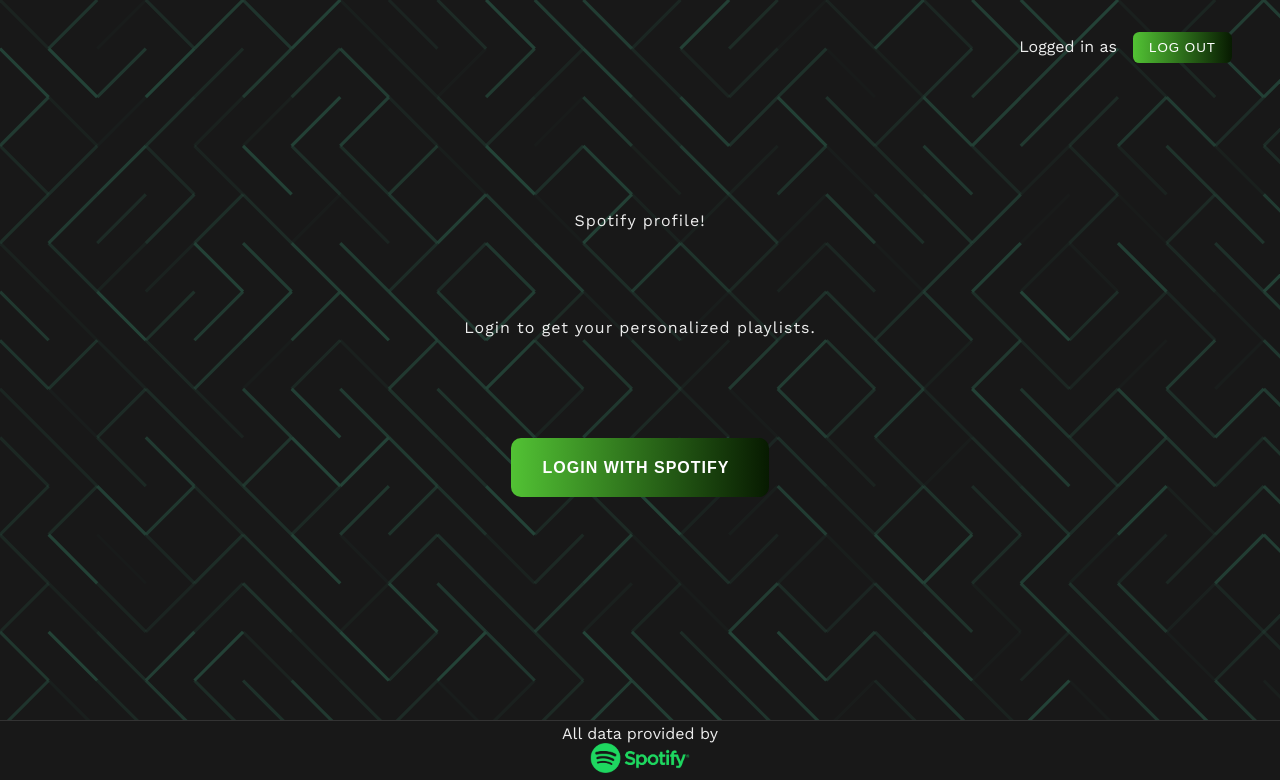
Repository: kirpister/Spotify-profile
Page: /
An editor plug-in stored every save of this project. The page is shown before and after the next save, followed by the edit.
The browser window is 1280 px wide. The pictures show the whole page.
The project was rebuilt for these pictures with package versions that can differ from the ones it lists, and the page was loaded fresh each time.

Above is the page before, as saved 2023-03-08 10:56:31.

### public/index.html
<!DOCTYPE html>
<html lang="en">
  <head>
    <meta charset="utf-8" />
    <link rel="icon" href="%PUBLIC_URL%/favicon.ico" />
    <meta name="viewport" content="width=device-width, initial-scale=1" />
    <meta name="theme-color" content="#000000" />
    <meta
      name="description"
      content="Web site created using create-react-app"
    />

    <title>Own Spotify App</title>
  </head>
  <body>
    <noscript>You need to enable JavaScript to run this app.</noscript>
    <div id="root"></div>
  </body>
</html>

### src/index.tsx
import ReactDOM from "react-dom/client";
import "./index.css";
import App from "./App";
const root = ReactDOM.createRoot(
  document.getElementById("root") as HTMLElement
);
root.render(<App />);

### src/index.css
@import url("https://fonts.googleapis.com/css2?family=Work+Sans&display=swap");

* {
  margin: 0;
  padding: 0;
  overscroll-behavior: none;
  box-sizing: border-box;
}

body {
  background: #181818;
  color: rgb(237, 237, 237);
  font-family: "Work Sans", sans-serif;
}

h2 {
  letter-spacing: 2px;
  font-size: 3rem;
  background: linear-gradient(to right, #11998e, #38ef7d);
  -webkit-background-clip: text;
  -webkit-text-fill-color: transparent;
  background-clip: text;
  color: transparent;
}

h3 {
  font-size: 1.5rem;
  margin-bottom: 3rem;
  margin-left: 1rem;
  letter-spacing: 2px;
}

h4 {
  text-align: center;
}

p {
  display: inline-block;
}

li p {
  font-size: 1.2rem;
}

li {
  list-style: decimal;
  font-size: 1.3rem;
}

a {
  color: #fff;
}

.heading {
  backdrop-filter: blur(10px);
  padding: 1rem;
}

footer {
  border-top: 1px solid #333;
  padding: 0.2rem;
  text-align: center;
}

footer img {
  width: 100px;
  height: auto;
}

/* BUTTONS */

button p {
  font-weight: bold;
  font-family: Arial, Helvetica, sans-serif;
  margin-right: 0.5rem;
  font-size: 1rem;
}

button {
  background-image: linear-gradient(
    to right,
    #52c234 0%,
    #061700 51%,
    #52c234 100%
  );
  margin: 1rem;
  padding: 1rem 2rem;
  text-transform: uppercase;
  transition: 0.5s;
  background-size: 200% auto;
  color: white;
  border-radius: 10px;
  border: none;
  font-family: "Rubik", sans-serif;
  letter-spacing: 1px;
}

button:hover {
  background-position: right center; /* change the direction of the change here */
  color: #fff;
  text-decoration: none;
}

.log-out {
  position: absolute;
  right: 2rem;
  top: 1rem;
}

.log-out button {
  border-radius: 0.4rem;
  padding: 0.5rem 1rem 0.5rem 1rem;
  border: none;
  background-color: transparent;
  letter-spacing: 1px;
  color: white;
}

### src/App.tsx
import Footer from "./Footer";
import Spotify from "./Spotify";

const App = () => {

  return (
    <div className="App">
      <Spotify />
      <Footer />
    </div>
  );
};

export default App;

### src/Footer.tsx
import React from 'react';
import SpotifyLogo from './assets/Spotify_Logo.png';

const Footer: React.FC = () => {
    return (
        <footer>
           <p>All data provided by</p>
           <a href="https://www.spotify.com/fi/signup" target="_blank" rel="noreferrer"><div className='logo-box'><img src={SpotifyLogo} alt="SpotifyLogo" /></div></a>
        </footer>
    );
};

export default Footer;

### src/Spotify.tsx
import React, { useState, useEffect } from "react";
import queryString from "query-string";
import axios from "axios";

import "./App.css";

const scopes = [
  "user-read-playback-state",
  "user-library-read",
  "user-top-read",
];

interface User {
  id: string;
  display_name: string;
  email: string;
  images: { url: string }[];
}

interface Artist {
  id: string;
  name: string;
  images: { url: string }[];
}

interface Track {
  id: string;
  name: string;
  album: { images: { url: string }[] };
  artists: { name: string }[];
}

interface CurrentTrack {
  item: {
    name: string;
    artists: { name: string }[];
  };
}

const Spotify: React.FC = () => {
  const [token, setToken] = useState<string>("");
  const [userData, setUserData] = useState<User>();
  const [currentTrack, setCurrentTrack] = useState<CurrentTrack | null>(null);
  const [artists, setArtists] = useState<Artist[]>([]);
  const [tracks, setTracks] = useState<Track[]>([]);

  // AUTH

  const handleLogin = () => {
    const redirectToSpotify = `https://accounts.spotify.com/authorize?client_id=${
      process.env.REACT_APP_CLIENT_ID
    }&redirect_uri=${process.env.REACT_APP_REDIRECT_URI}&scope=${scopes.join(
      "%20"
    )}&response_type=token`;
    window.location.href = redirectToSpotify;
  };

  useEffect(() => {
    const token = queryString.parse(window.location.hash).access_token;
    if (token) {
      setToken(token as string);
    }
    window.location.hash = "";
  }, []);

  // API CALLS

  useEffect(() => {
    if (!token) return;

    const getUserData = async () => {
      const response = await axios.get<User>("https://api.spotify.com/v1/me", {
        headers: { Authorization: `Bearer ${token}` },
      });
      setUserData(response.data);
    };

    const getCurrentTrack = async () => {
      const response = await axios.get<CurrentTrack>(
        "https://api.spotify.com/v1/me/player/currently-playing",
        {
          headers: {
            Authorization: `Bearer ${token}`,
          },
        }
      );
      setCurrentTrack(response.data);
    };

    const getTopTracks = async () => {
      const response = await axios.get<{ items: Track[] }>(
        "https://api.spotify.com/v1/me/top/tracks?time_range=medium_term&limit=5",
        {
          headers: {
            Authorization: `Bearer ${token}`,
          },
        }
      );
      setTracks(response.data.items);
    };

    const getTopArtists = async () => {
      const response = await axios.get<{ items: Artist[] }>(
        "https://api.spotify.com/v1/me/top/artists?time_range=medium_term&limit=5",
        {
          headers: {
            Authorization: `Bearer ${token}`,
          },
        }
      );
      setArtists(response.data.items);
    };

    getCurrentTrack();
    getTopTracks();
    getTopArtists();
    getUserData();
  }, [token]);

  return (
    <>
      <div className="wrapper">
        <header>
          <div className="log-out">
            <p>
              Logged in as <a href="/">{userData?.display_name}</a>
            </p>
            <a href="https://accounts.spotify.com/fi/status">
              <button>Log Out</button>
            </a>
          </div>
        </header>
        {token ? (
          <div className="wrapper">
            <div className="header-img">
              <h2 className="heading">
                Hello, <span>{userData?.display_name}</span>
              </h2>
            </div>
            {currentTrack ? (
              <div className="current-track">
                <p>
                  Now playing:{" "}
                  <span>
                    {currentTrack.item.name} by{" "}
                    {currentTrack.item.artists[0].name}
                  </span>
                </p>
              </div>
            ) : (
              <h4>Loading current track...</h4>
            )}
            <div className="top-div">
              <div className="top-artists">
                <h3>Top Artists</h3>
                {artists.map((artist) => (
                  <div className="list-div" key={artist.id}>
                    <img src={artist.images[0].url} alt={artist.name} />
                    <p>{artist.name}</p>
                  </div>
                ))}
              </div>

              <div className="top-tracks">
                <h3>Top Tracks</h3>
                {tracks.map((track) => (
                  <div className="list-div" key={track.id}>
                    <img src={track.album.images[0].url} alt={track.name} />
                    <p>{track.artists[0].name} -</p>
                    <span>{track.name}</span>
                  </div>
                ))}
              </div>
            </div>
          </div>
        ) : (
          // MAIN PAGE BEFORE AUTH

          <div className="intro">
            <p className="header">Spotify profile!</p>
            <p className="intro-text">
              Login to get your personalized playlists.
            </p>
            <button onClick={handleLogin}>
              <p>Login with Spotify</p>
            </button>
          </div>
        )}
      </div>
    </>
  );
};

export default Spotify;

### src/App.css
  /* CURRENT TRACK */

.header-img {
  background-image: url(./assets/nnneon.svg);
  height: 35vh;
  background-repeat: no-repeat;
  background-position: center;
  display: flex;
  justify-content: center;
  align-items: center;
}

.heading {
  filter: drop-shadow(2px 1px 2px rgb(32, 32, 32));
  text-align: center;
}

.current-track {
  text-align: center;
  border: 1px solid rgb(118, 255, 118);
  border-radius: .5rem;
  width: fit-content;
  padding: .3rem 1.2rem .3rem 1.2rem;
  margin: 0 auto;
}

.current-track p {
  font-weight: bold;
}

.current-track span {
  color: rgb(118, 255, 118);
  font-weight: normal;
}


/* LANDING PAGE */

.intro {
  background-image: url(./assets/ttten.svg);
  background-size: cover;
  height: 100vh;
  display: flex;
  flex-direction: column;
  justify-content: center;
  align-items: center;
}

.intro-text {
  width: 40vw;
  margin: 5rem;
}

.intro p {
  letter-spacing: 1px;
  line-height: 1.7;
  text-align: center;
}

/* TOP ARTISTS */

.artist {
  font-weight: bold;
}

.top-artists {
  display: flex;
  flex-direction: column;
}

.top-artists img {
  width: 60px;
  height: 60px;
  margin: -5px;
  margin-left: .1rem;
  border-radius: 50%;
}

/* TOP TRACKS */

.top-tracks img {
  width: 60px;
  height: auto;
  margin-top: .5rem;
}

.top-tracks span {
  margin-left: .5rem;
}

/* TRACKS & ARTISTS */

.top-div {
  margin: 5rem;
  display: flex;
  justify-content: space-around;
}

.list-div {
  display: flex;
  align-items: center;
  margin: 1rem;
}

.top-tracks p {
  margin-left: 1rem;
}

.top-artists p {
  margin-left: 2rem;
}

.top-artists,
.top-tracks {
  /* border: 1px solid #1db9548a; */
  border-radius: 1rem;
  background-color: #25252587;
  width: 45vw;
  padding: 1.5rem;
  margin: 1rem;
}


/* MOBILE */

@media screen and (max-width: 600px) {


  .intro h2 {
    font-size: 2rem;
    text-align: center;
  }

  .top-div {
    display: flex;
    flex-direction: column;
    justify-content: center;
    align-items: center;

  }

  .top-artists,
  .top-tracks,
  .list-div {
    width: 95vw;
    padding: 0;
  }

  .top-div p, span {
    font-size: .7rem;
  }

  .top-div img {
    width: 50px;
    height: 50px;
  }

  h3 {
    text-align: center;
  }

  .top-artists p {
    padding-left: 1rem;
  }

  .current-track p, span {
    font-size: 0.7rem;
  }
}

After the next save:
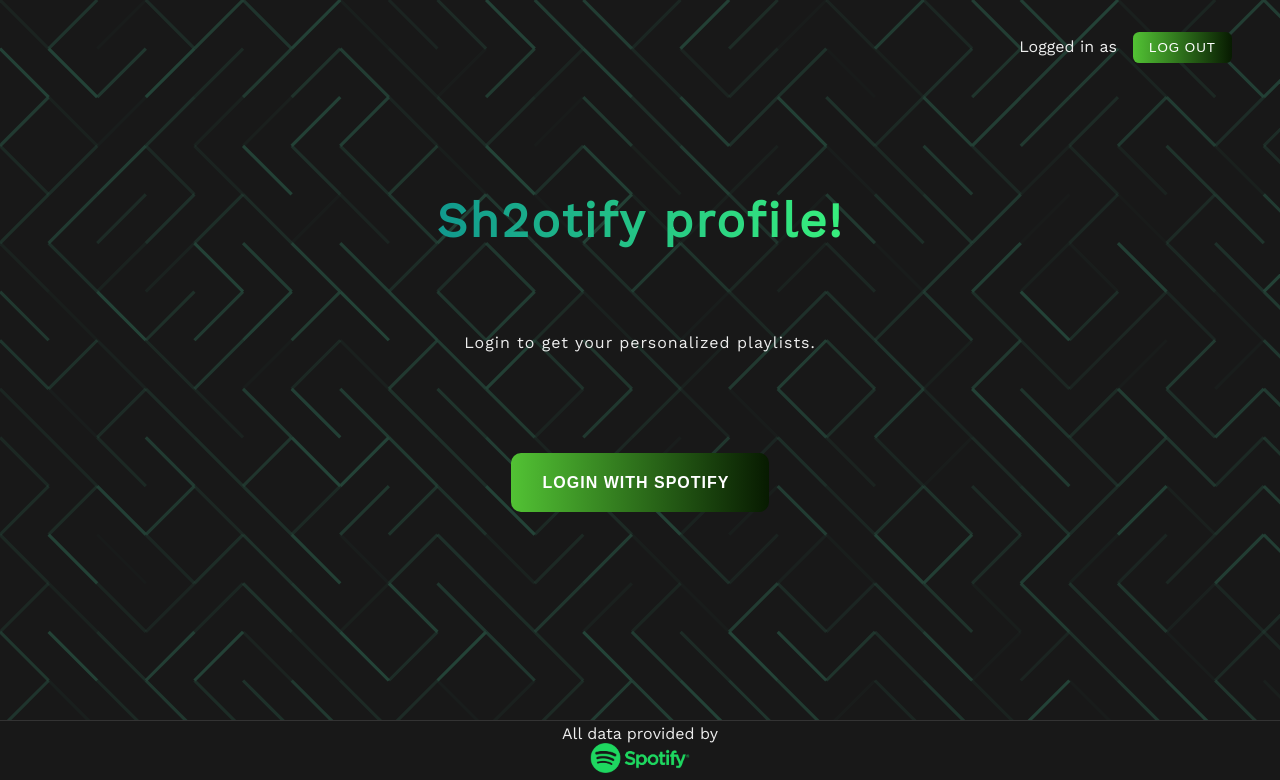
Saved 38 s later.
--- a/src/Spotify.tsx
+++ b/src/Spotify.tsx
@@ -177,7 +177,7 @@
           // MAIN PAGE BEFORE AUTH
 
           <div className="intro">
-            <p className="header">Spotify profile!</p>
+            <h2 className="header">Sh2otify profile!</h2>
             <p className="intro-text">
               Login to get your personalized playlists.
             </p>
